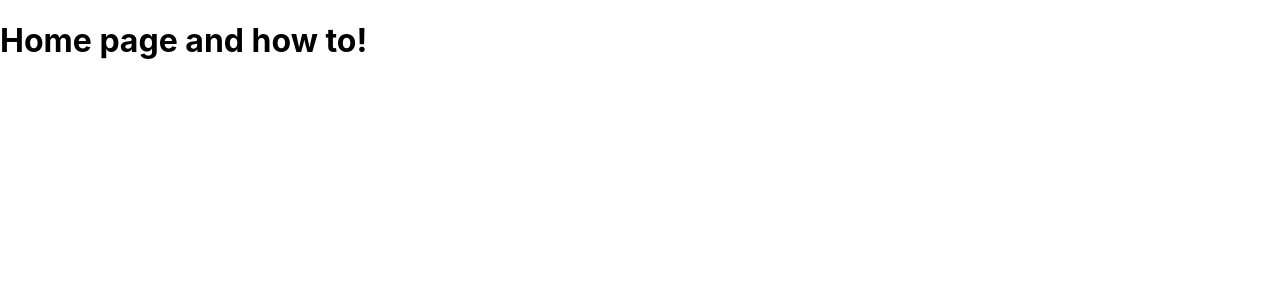
Repository: mergemaven11/Crud_Nextjs
Page: /
An editor plug-in stored every save of this project. The page is shown before and after a run of saves, followed by the edit.
The browser window is 1280 px wide. The pictures show the whole page.
The project was rebuilt for these pictures with package versions that can differ from the ones it lists, and the page was loaded fresh each time. The framework's server and built-in components were replaced by stand-ins that run in the browser.

Above is the page before, as saved 2020-10-22 18:46:59.

### pages/index.jsx
import React from 'react'

export default () => <h1>Home page and how to!</h1>

Loaded but not shown: pages/_app.jsx (common file); styles/globals.css (common file)

After the next 2 saves:
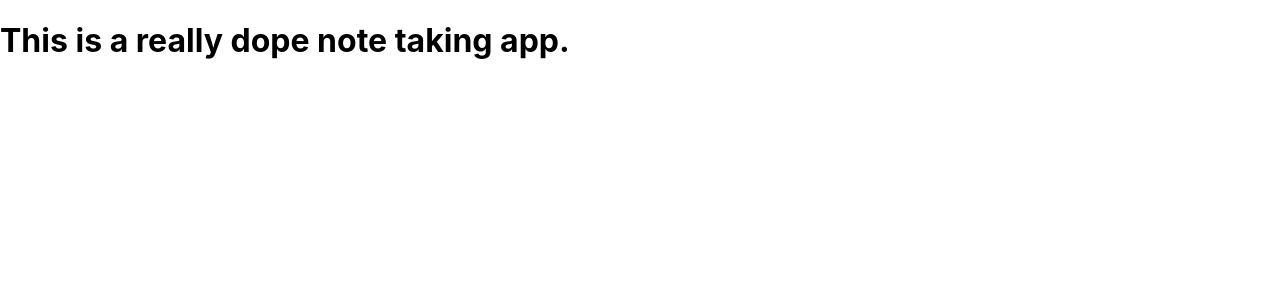
The 2 saves are shown as one change because they came seconds apart.
The last was saved 35 s later.
--- a/pages/index.jsx
+++ b/pages/index.jsx
@@ -1,3 +1,12 @@
-import React from 'react'
+// pages/index.jsx
+/** @jsx jsx */
+import { jsx } from 'theme-ui'
+import Link from 'next/link'
 
-export default () => <h1>Home page and how to!</h1>
+export default () => (
+  <div sx={{ height: `calc(100vh - 60px)`}}>
+    <div sx={{variant: 'containers.page', display: 'flex', alignItems: 'center', height: '100%'}}>
+      <h1 sx={{fontSize: 8, my: 0}}>This is a really dope note taking app.</h1>
+    </div>
+  </div>
+)
